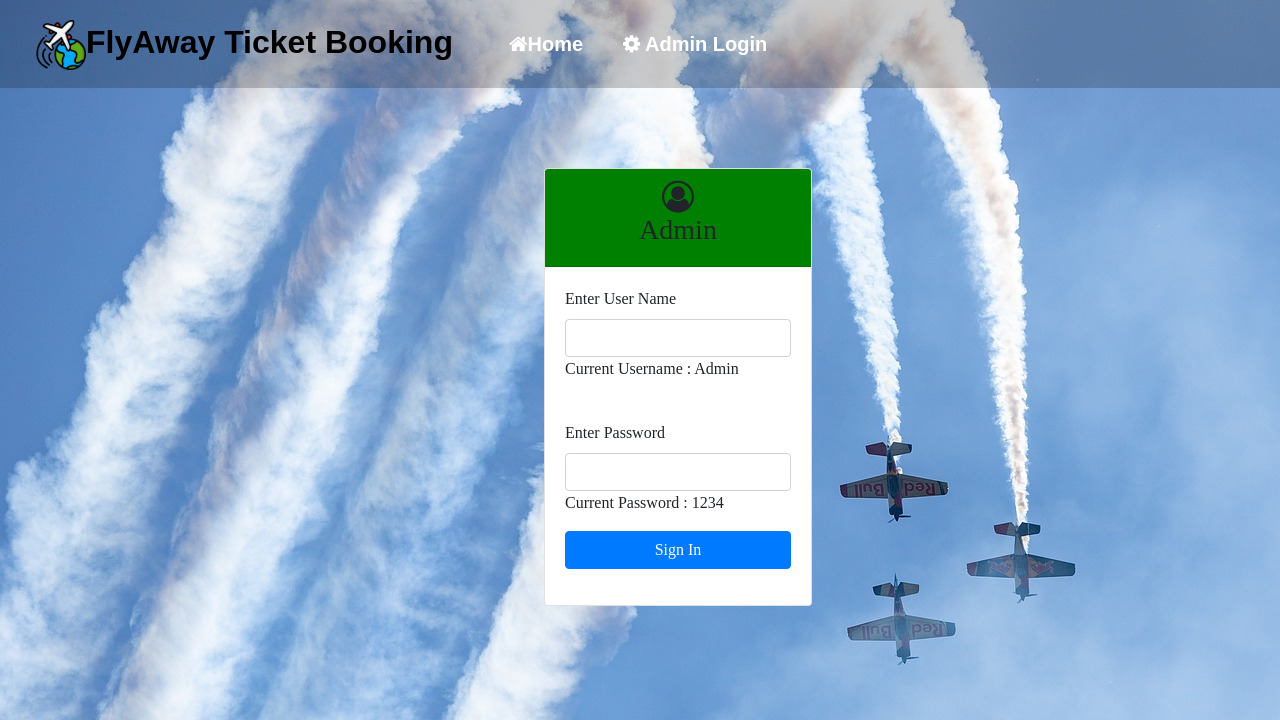
Repository: sayrabano/Phase2-project
Page: http://localhost/FlyAway/Login.jsp
An editor plug-in stored every save of this project. The page is shown before and after the next save, followed by the edit.
The browser window is 1280 px wide. The pictures show the whole page.
Some web fonts or font styles are not loaded; a fallback is used. The page is served by Tomcat 9. Other server files are loaded and not shown.

Above is the page before, as saved 2021-09-26 18:54:57.

### FlyAway/src/main/webapp/Login.jsp
<%@page import="com.flyaway.LogIn" %>


<html lang="en">
<head>

<title>Welcome to FlyAway</title>

<%@include file="allcss.jsp" %>
<link rel="stylesheet" href="CSS/Style4.css" />
<%@ include file="navbar.jsp" %>

</head>
<body>





	<div class="contain">
		<div class="raw -">
			<div class="col-md-4-oofset-md-4">
				<div class="card">
					<div class="card-header text-center c-head" id="head">
						<i class="fa fa-user-circle-o fa-2x"></i>
						<h3>Admin</h3>
					</div>
					<div class="card-body">
						<form action="login" method="post">

							<div class="form-group">
								<label for="exampleInputusername">Enter User Name</label> <input
									type="text"  name="user_name" class="form-control" id="exampleInputusername"
									aria-describedby="usernamelHelp">
									<span>Current Username : <%=LogIn.username %></span><br><br>

							</div>
							<div class="form-group">
								<label for="exampleInputPassword1">Enter Password</label> <input

									type="password" name="user_password" class="form-control" id="exampleInputPassword1">
									<span>Current Password : <%=LogIn.password %></span><br>


							</div>

							<button type="submit" class="btn btn-primary btn-block badge--pill">Sign In</button>
						</form>

					</div>
				</div>



			</div>



		</div>


	</div>









</body>

</html>

### FlyAway/src/main/webapp/allcss.jsp



	<!-- Required meta tags -->
<meta charset="utf-8">
<meta name="viewport"
	content="width=device-width, initial-scale=1, shrink-to-fit=no">

<link rel="stylesheet"
	href="https://cdnjs.cloudflare.com/ajax/libs/font-awesome/4.7.0/css/font-awesome.min.css">
<!-- Required meta tags -->
<meta charset="utf-8">
<meta name="viewport"
	content="width=device-width, initial-scale=1, shrink-to-fit=no">

<!-- Bootstrap CSS -->
<link rel="stylesheet"
	href="https://maxcdn.bootstrapcdn.com/bootstrap/4.0.0/css/bootstrap.min.css"
	integrity="sha384-Gn5384xqQ1aoWXA+058RXPxPg6fy4IWvTNh0E263XmFcJlSAwiGgFAW/dAiS6JXm"
	crossorigin="anonymous">
<link rel="stylesheet"
	href="https://cdnjs.cloudflare.com/ajax/libs/font-awesome/4.7.0/css/font-awesome.min.css">
<link
	href="https://fonts.googleapis.com/css2?family=Baloo+Bhai+2:wght@500&display=swap"
	rel="stylesheet">
<link
	href="https://fonts.googleapis.com/css2?family=Ubuntu:ital,wght@1,700&display=swap"
	rel="stylesheet">

### FlyAway/src/main/webapp/navbar.jsp
<nav class="navbar navbar-expand-lg navbar-light bg-custom" id="navbar">





		<a class="navbar-brand" id="tag"><img src="Images/travel.png" class="img-fluid"  width="50px">FlyAway Ticket Booking</a>


		<div class="collapse navbar-collapse" id="navbarSupportedContent">
			<ul class="navbar-nav mr-auto">
				<li class="nav-item"><a class="nav-link" href="Home.jsp">
						<i class="fa fa-home" aria-hidden="true"></i>Home </a></li>

				<li class="nav-item"><a href="Login.jsp" class="nav-link"><i
						class="fa fa-gear"></i> Admin Login</a></li>




			</ul>




		</div>

	</nav>

### FlyAway/src/main/webapp/CSS/Style4.css
@charset "ISO-8859-1";


body{
	background:url("../Images/flugshow-4414576_1280.jpg");
	background-size:cover;
	padding:0px;
	margin:0px;


}


#navbar{
background-color:rgba(0,0,0,.2);
font-family:'Ubuntu', sans-serif;

}


#navbar ul li a{
	color:white;

	font-size:20px;
	font-weight:bold;
	padding:15px 20px;

}
#navbar ul li a:hover{
	color:black;
	background-color:white;
	border-radius:18px;


}


#tag{
	font-size:2rem;
 color:black;
 font-weight:bold;


	float:right;
	padding: 10px 20px;

}
#gear{
	margin:2px;
	padding:10px;



}
#gear a:hover{



	background-color:white;


}



.span{
	font-size:5rem;
}



.card{
	position:absolute;

	display:inline-block;

	margin-left:34rem;
	margin-top:5rem;

	font-family: 'Baloo Bhai 2', cursive;
}
#head{
	background-color:green;

}

After the next save:
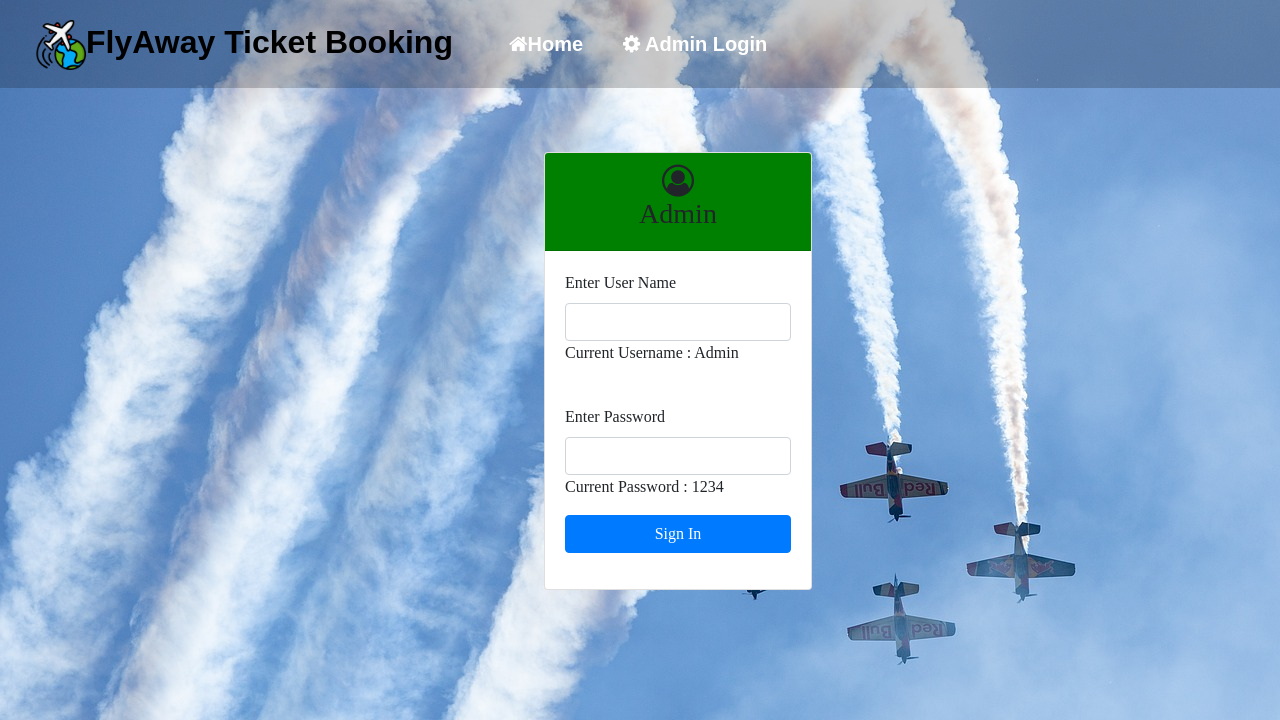
Saved 26 s later.
--- a/FlyAway/src/main/webapp/CSS/Style4.css
+++ b/FlyAway/src/main/webapp/CSS/Style4.css
@@ -75,7 +75,7 @@
 	display:inline-block;
 
 	margin-left:34rem;
-	margin-top:5rem;
+	margin-top:4rem;
 
 	font-family: 'Baloo Bhai 2', cursive;
 }
